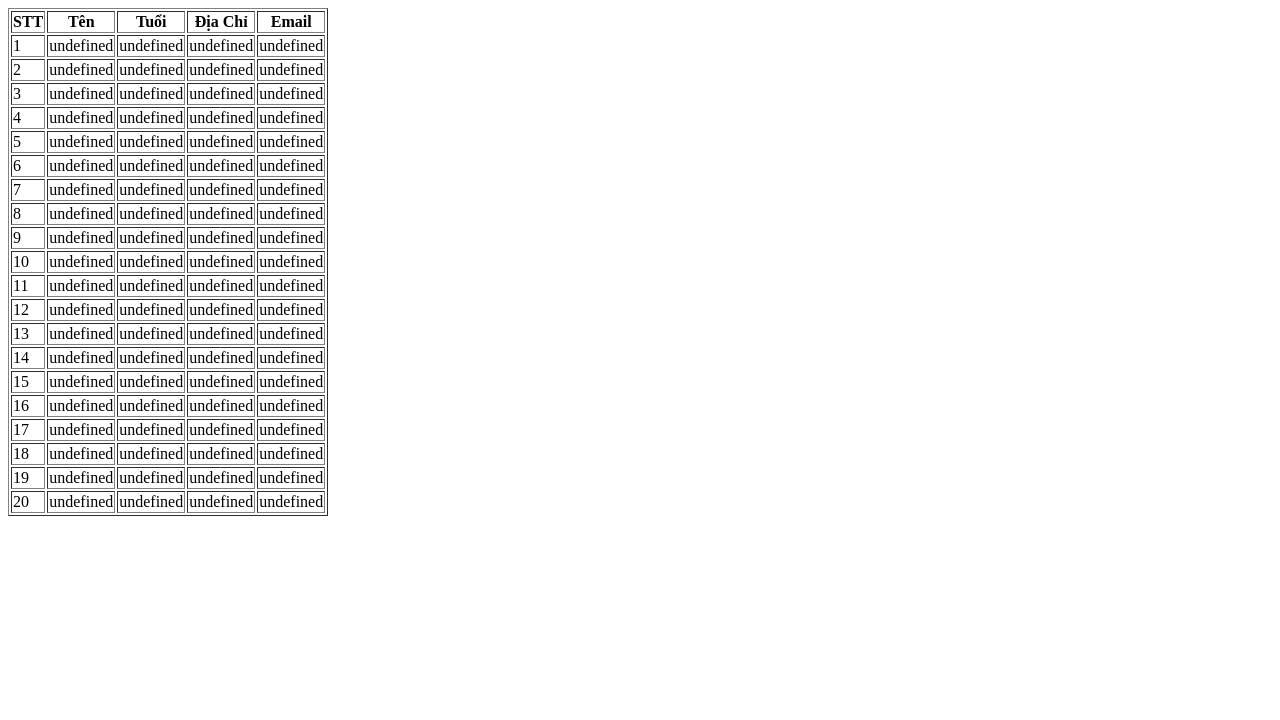
Repository: AnhDuc0125/HTML-Aptech
Page: bt2008/index.html
These files come from the project's save history. The page is drawn as it stood at one moment and after the next save; the edit follows.
The browser window is 1280 px wide. The pictures show the whole page.

Above is the page before, as saved 2021-11-29 07:46:18.

### bt2008/index.html
<!DOCTYPE html>
<html lang="en">
<head>
    <meta charset="UTF-8">
    <meta http-equiv="X-UA-Compatible" content="IE=edge">
    <meta name="viewport" content="width=device-width, initial-scale=1.0">
    <script src="main.js"></script>
    <title>Danh sách Sinh Viên</title>
</head>
<body>
    <table border="1px solid black" cellpadding: 5>
        <tr>
            <th>STT</th>
            <th>Tên</th>
            <th>Tuổi</th>
            <th>Địa Chỉ</th>
            <th>Email</th>
        </tr>
    <script>
        showStd();
    </script>
</table>
</body>
</html>

### bt2008/main.js
var stdList = [
    {
    "name" : "Vũ Đức Anh",
    "age" : "18",
    "address" : "Hà Nội",
    "email" : "vuducanh0125@gmail.com"
    },
    {
    "name" : "Vũ Đức Anh",
    "age" : "18",
    "address" : "Hà Nội",
    "email" : "vuducanh0125@gmail.com"
    },
    {
    "name" : "Vũ Đức Anh",
    "age" : "18",
    "address" : "Hà Nội",
    "email" : "vuducanh0125@gmail.com"
    },
    {
    "name" : "Vũ Đức Anh",
    "age" : "18",
    "address" : "Hà Nội",
    "email" : "vuducanh0125@gmail.com"
    },
    {
    "name" : "Vũ Đức Anh",
    "age" : "18",
    "address" : "Hà Nội",
    "email" : "vuducanh0125@gmail.com"
    },
    {
    "name" : "Vũ Đức Anh",
    "age" : "18",
    "address" : "Hà Nội",
    "email" : "vuducanh0125@gmail.com"
    },
    {
    "name" : "Vũ Đức Anh",
    "age" : "18",
    "address" : "Hà Nội",
    "email" : "vuducanh0125@gmail.com"
    },
    {
    "name" : "Vũ Đức Anh",
    "age" : "18",
    "address" : "Hà Nội",
    "email" : "vuducanh0125@gmail.com"
    },
    {
    "name" : "Vũ Đức Anh",
    "age" : "18",
    "address" : "Hà Nội",
    "email" : "vuducanh0125@gmail.com"
    },
    {
    "name" : "Vũ Đức Anh",
    "age" : "18",
    "address" : "Hà Nội",
    "email" : "vuducanh0125@gmail.com"
    },
    {
    "name" : "Vũ Đức Anh",
    "age" : "18",
    "address" : "Hà Nội",
    "email" : "vuducanh0125@gmail.com"
    },
    {
    "name" : "Vũ Đức Anh",
    "age" : "18",
    "address" : "Hà Nội",
    "email" : "vuducanh0125@gmail.com"
    },
    {
    "name" : "Vũ Đức Anh",
    "age" : "18",
    "address" : "Hà Nội",
    "email" : "vuducanh0125@gmail.com"
    },
    {
    "name" : "Vũ Đức Anh",
    "age" : "18",
    "address" : "Hà Nội",
    "email" : "vuducanh0125@gmail.com"
    },
    {
    "name" : "Vũ Đức Anh",
    "age" : "18",
    "address" : "Hà Nội",
    "email" : "vuducanh0125@gmail.com"
    },
    {
    "name" : "Vũ Đức Anh",
    "age" : "18",
    "address" : "Hà Nội",
    "email" : "vuducanh0125@gmail.com"
    },
    {
    "name" : "Vũ Đức Anh",
    "age" : "18",
    "address" : "Hà Nội",
    "email" : "vuducanh0125@gmail.com"
    },
    {
    "name" : "Vũ Đức Anh",
    "age" : "18",
    "address" : "Hà Nội",
    "email" : "vuducanh0125@gmail.com"
    },
    {
    "name" : "Vũ Đức Anh",
    "age" : "18",
    "address" : "Hà Nội",
    "email" : "vuducanh0125@gmail.com"
    },
    {
    "name" : "Vũ Đức Anh",
    "age" : "18",
    "address" : "Hà Nội",
    "email" : "vuducanh0125@gmail.com"
    }
]

function showStd() {
    for(i = 1; i<=stdList.length; i++){
        document.write(`
        <tr>
            <td>${i}</td>
            <td>${stdList.name}</td>
            <td>${stdList.age}</td>
            <td>${stdList.address}</td>
            <td>${stdList.email}</td>
        </tr>
        `)
    }
}

After the next save:
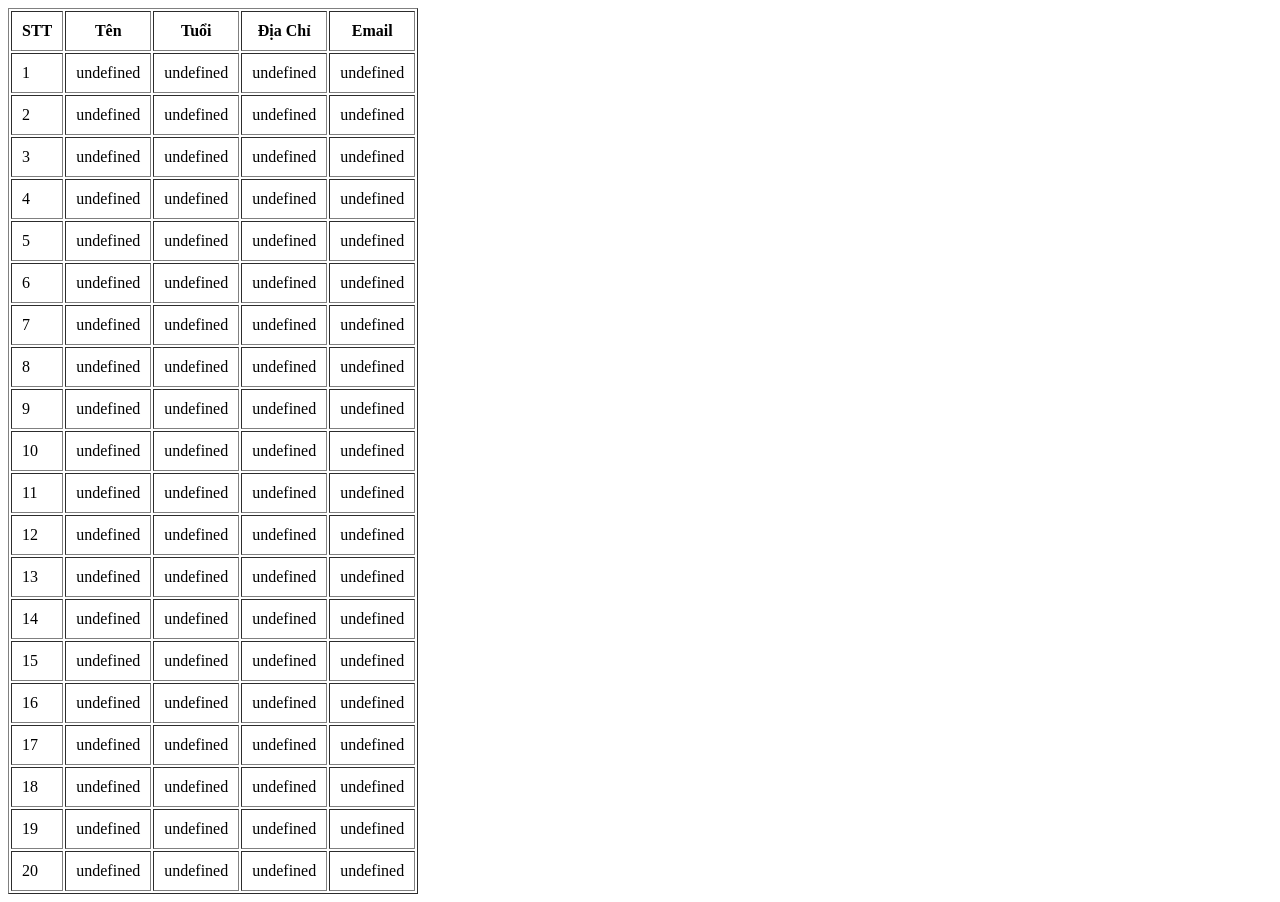
Saved 6 s later.
--- a/bt2008/index.html
+++ b/bt2008/index.html
@@ -8,7 +8,7 @@
     <title>Danh sách Sinh Viên</title>
 </head>
 <body>
-    <table border="1px solid black" cellpadding: 5>
+    <table border="1px solid black" cellpadding= "10">
         <tr>
             <th>STT</th>
             <th>Tên</th>
